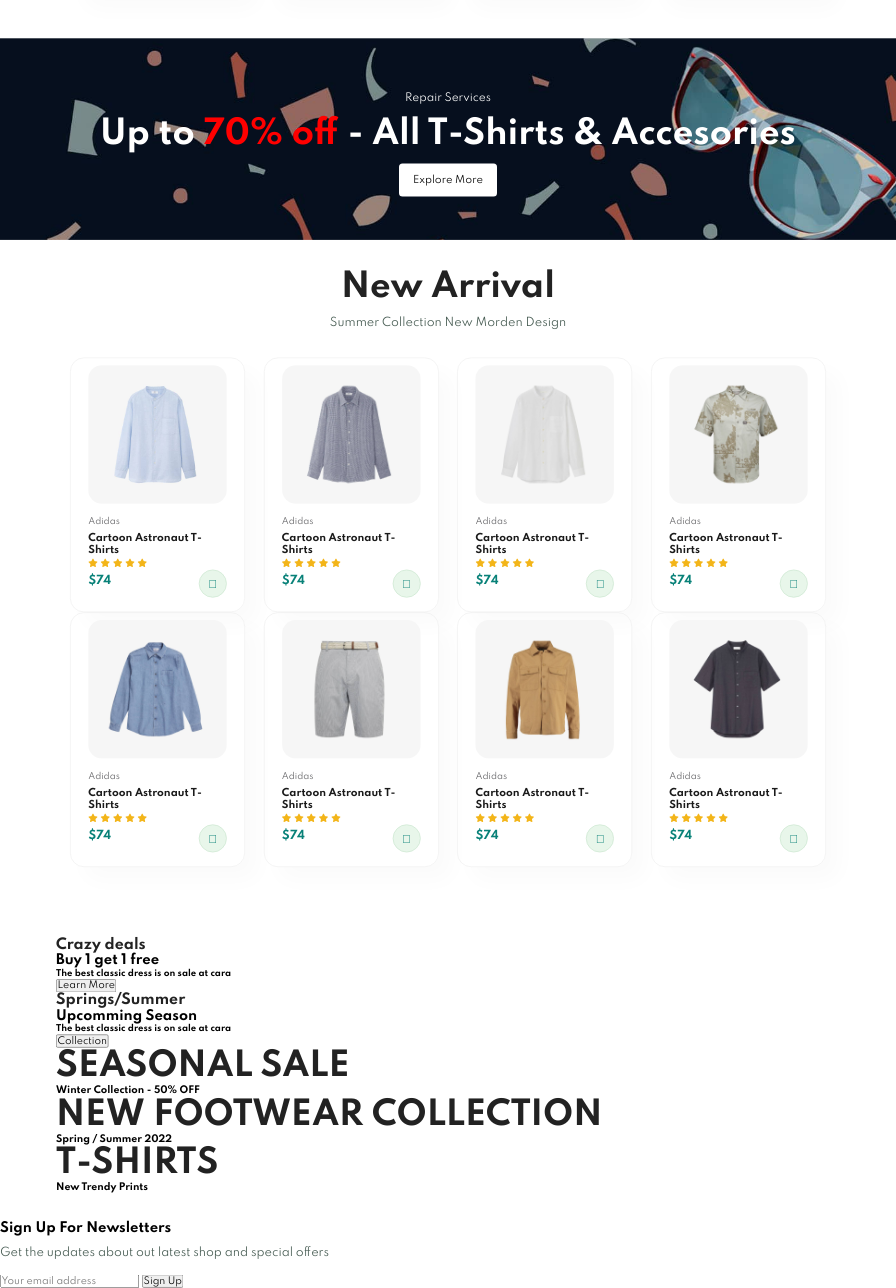
Repository: Daryllgio/E-Commerce-Website-UI
Page: index.html
These files come from the project's save history. The page is drawn as it stood at one moment and after the next save; the edit follows.
The browser window is 1280 px wide. The pictures show the part of the page from y = 1934 to 3854 px (the page is 3774 px tall before and 3854 px after), at 70% of full size.
Some web libraries are served in a nearby version.

Above is the page before, as saved 2024-12-31 22:52:39.

### index.html
<!DOCTYPE html>
<html lang="en">

<head>
    <meta charset="UTF-8">
    <meta http-equiv="X-UA-Compatible" content="IE=edge">
    <meta name="viewport" content="width=device-width, initial-scale=1.0">
    <title>Tech2etc Ecommerce Tutorial</title>
    <link rel="stylesheet" href="https://pro.fontawesome.com/releases/v5.10.0/css/all.css" />

    <link rel="stylesheet" href="style.css">
</head>

<body>
    <section id="header">
        <a href="#"><img src="img/logo.png" id="logo" class="logo" alt=""></a>

        <div>
            <ul id="navbar">
                <li>
                    <a class="active" href="index.html">Home</a>
                </li>
                <li>
                    <a href="shop.html">Shop</a>
                </li>
                <li>
                    <a href="about.html">About</a>
                </li>
                <li>
                    <a href="contact.html">Contact</a>
                </li>
                <li>
                    <a href="cart.html"><i class="fa fa-shopping-cart" aria-hidden="true"></i></a>
                </li>

            </ul>
        </div>
    </section>

    <section id="HomeHeaderContent">
        <h4>
            Trade-in-offer
        </h4>
        <h2>
            Super value deals
        </h2>
        <h1>
            On all products
        </h1>
        <p>
            Save more with Coupons & up to 70% off !
        </p>
        <button>
            Shop now
        </button>

    </section>

    <section id="Features" class="section-p1">
        <div class="fe-box">
            <img src="img/features/f1.png" alt="">
            <h6>Free Shipping</h6>
        </div>
        <div class="fe-box">
            <img src="img/features/f2.png" alt="">
            <h6>Online Offer</h6>
        </div>
        <div class="fe-box">
            <img src="img/features/f3.png" alt="">
            <h6>Save Money</h6>
        </div>
        <div class="fe-box">
            <img src="img/features/f4.png" alt="">
            <h6>Promotions</h6>
        </div>
        <div class="fe-box">
            <img src="img/features/f5.png" alt="">
            <h6>Happy Sell</h6>
        </div>
        <div class="fe-box">
            <img src="img/features/f6.png" alt="">
            <h6>F24/7 Support</h6>
        </div>
    </section>

    <section id="product1" class="section-p1">
        <h2>
            Feautured Products
        </h2>
        <p>
            Summer Collection New Morden Design
        </p>
        <div class="pro-container">
            <div class="pro">
                <img src="img/products/f1.jpg" alt="">
                <div class="des">
                    <span>Adidas</span>
                    <h5>Cartoon Astronaut T-Shirts</h5>
                    <div class="star">
                        <i class="fas fa-star"></i>
                        <i class="fas fa-star"></i>
                        <i class="fas fa-star"></i>
                        <i class="fas fa-star"></i>
                        <i class="fas fa-star"></i>
                    </div>
                    <div class="Shop">
                        <h4>$74</h4>
                        <a href="#"><i class="fal fa-shopping-cart "></i></a>
                    </div>

                </div>
            </div>

            <div class="pro">
                <img src="img/products/f2.jpg" alt="">
                <div class="des">
                    <span>Adidas</span>
                    <h5>Cartoon Astronaut T-Shirts</h5>
                    <div class="star">
                        <i class="fas fa-star"></i>
                        <i class="fas fa-star"></i>
                        <i class="fas fa-star"></i>
                        <i class="fas fa-star"></i>
                        <i class="fas fa-star"></i>
                    </div>
                    <div class="Shop">
                        <h4>$74</h4>
                        <a href="#"><i class="fal fa-shopping-cart "></i></a>
                    </div>

                </div>
            </div>

            <div class="pro">
                <img src="img/products/f3.jpg" alt="">
                <div class="des">
                    <span>Adidas</span>
                    <h5>Cartoon Astronaut T-Shirts</h5>
                    <div class="star">
                        <i class="fas fa-star"></i>
                        <i class="fas fa-star"></i>
                        <i class="fas fa-star"></i>
                        <i class="fas fa-star"></i>
                        <i class="fas fa-star"></i>
                    </div>
                    <div class="Shop">
                        <h4>$74</h4>
                        <a href="#"><i class="fal fa-shopping-cart "></i></a>
                    </div>

                </div>
            </div>

            <div class="pro">
                <img src="img/products/f4.jpg" alt="">
                <div class="des">
                    <span>Adidas</span>
                    <h5>Cartoon Astronaut T-Shirts</h5>
                    <div class="star">
                        <i class="fas fa-star"></i>
                        <i class="fas fa-star"></i>
                        <i class="fas fa-star"></i>
                        <i class="fas fa-star"></i>
                        <i class="fas fa-star"></i>
                    </div>
                    <div class="Shop">
                        <h4>$74</h4>
                        <a href="#"><i class="fal fa-shopping-cart "></i></a>
                    </div>

                </div>
            </div>

            <div class="pro">
                <img src="img/products/f5.jpg" alt="">
                <div class="des">
                    <span>Adidas</span>
                    <h5>Cartoon Astronaut T-Shirts</h5>
                    <div class="star">
                        <i class="fas fa-star"></i>
                        <i class="fas fa-star"></i>
                        <i class="fas fa-star"></i>
                        <i class="fas fa-star"></i>
                        <i class="fas fa-star"></i>
                    </div>
                    <div class="Shop">
                        <h4>$74</h4>
                        <a href="#"><i class="fal fa-shopping-cart "></i></a>
                    </div>

                </div>
            </div>

            <div class="pro">
                <img src="img/products/f6.jpg" alt="">
                <div class="des">
                    <span>Adidas</span>
                    <h5>Cartoon Astronaut T-Shirts</h5>
                    <div class="star">
                        <i class="fas fa-star"></i>
                        <i class="fas fa-star"></i>
                        <i class="fas fa-star"></i>
                        <i class="fas fa-star"></i>
                        <i class="fas fa-star"></i>
                    </div>
                    <div class="Shop">
                        <h4>$74</h4>
                        <a href="#"><i class="fal fa-shopping-cart "></i></a>
                    </div>

                </div>
            </div>

            <div class="pro">
                <img src="img/products/f7.jpg" alt="">
                <div class="des">
                    <span>Adidas</span>
                    <h5>Cartoon Astronaut T-Shirts</h5>
                    <div class="star">
                        <i class="fas fa-star"></i>
                        <i class="fas fa-star"></i>
                        <i class="fas fa-star"></i>
                        <i class="fas fa-star"></i>
                        <i class="fas fa-star"></i>
                    </div>
                    <div class="Shop">
                        <h4>$74</h4>
                        <a href="#"><i class="fal fa-shopping-cart "></i></a>
                    </div>

                </div>
            </div>

            <div class="pro">
                <img src="img/products/f8.jpg" alt="">
                <div class="des">
                    <span>Adidas</span>
                    <h5>Cartoon Astronaut T-Shirts</h5>
                    <div class="star">
                        <i class="fas fa-star"></i>
                        <i class="fas fa-star"></i>
                        <i class="fas fa-star"></i>
                        <i class="fas fa-star"></i>
                        <i class="fas fa-star"></i>
                    </div>
                    <div class="Shop">
                        <h4>$74</h4>
                        <a href="#"><i class="fal fa-shopping-cart "></i></a>
                    </div>

                </div>
            </div>


        </div>
    </section>

    <section id="banner" class="section-p1">
        <p>Repair Services</p>
        <h2>Up to <span>70% off</span> - All T-Shirts & Accesories</h2>
        <button class="normal">Explore More</button>
    </section>

    <section id="product1" class="section-p1">
        <h2>
            New Arrival
        </h2>
        <p>
            Summer Collection New Morden Design
        </p>
        <div class="pro-container">
            <div class="pro">
                <img src="img/products/n1.jpg" alt="">
                <div class="des">
                    <span>Adidas</span>
                    <h5>Cartoon Astronaut T-Shirts</h5>
                    <div class="star">
                        <i class="fas fa-star"></i>
                        <i class="fas fa-star"></i>
                        <i class="fas fa-star"></i>
                        <i class="fas fa-star"></i>
                        <i class="fas fa-star"></i>
                    </div>
                    <div class="Shop">
                        <h4>$74</h4>
                        <a href="#"><i class="fal fa-shopping-cart "></i></a>
                    </div>

                </div>
            </div>

            <div class="pro">
                <img src="img/products/n2.jpg" alt="">
                <div class="des">
                    <span>Adidas</span>
                    <h5>Cartoon Astronaut T-Shirts</h5>
                    <div class="star">
                        <i class="fas fa-star"></i>
                        <i class="fas fa-star"></i>
                        <i class="fas fa-star"></i>
                        <i class="fas fa-star"></i>
                        <i class="fas fa-star"></i>
                    </div>
                    <div class="Shop">
                        <h4>$74</h4>
                        <a href="#"><i class="fal fa-shopping-cart "></i></a>
                    </div>

                </div>
            </div>

            <div class="pro">
                <img src="img/products/n3.jpg" alt="">
                <div class="des">
                    <span>Adidas</span>
                    <h5>Cartoon Astronaut T-Shirts</h5>
                    <div class="star">
                        <i class="fas fa-star"></i>
                        <i class="fas fa-star"></i>
                        <i class="fas fa-star"></i>
                        <i class="fas fa-star"></i>
                        <i class="fas fa-star"></i>
                    </div>
                    <div class="Shop">
                        <h4>$74</h4>
                        <a href="#"><i class="fal fa-shopping-cart "></i></a>
                    </div>

                </div>
            </div>

            <div class="pro">
                <img src="img/products/n4.jpg" alt="">
                <div class="des">
                    <span>Adidas</span>
                    <h5>Cartoon Astronaut T-Shirts</h5>
                    <div class="star">
                        <i class="fas fa-star"></i>
                        <i class="fas fa-star"></i>
                        <i class="fas fa-star"></i>
                        <i class="fas fa-star"></i>
                        <i class="fas fa-star"></i>
                    </div>
                    <div class="Shop">
                        <h4>$74</h4>
                        <a href="#"><i class="fal fa-shopping-cart "></i></a>
                    </div>

                </div>
            </div>

            <div class="pro">
                <img src="img/products/n5.jpg" alt="">
                <div class="des">
                    <span>Adidas</span>
                    <h5>Cartoon Astronaut T-Shirts</h5>
                    <div class="star">
                        <i class="fas fa-star"></i>
                        <i class="fas fa-star"></i>
                        <i class="fas fa-star"></i>
                        <i class="fas fa-star"></i>
                        <i class="fas fa-star"></i>
                    </div>
                    <div class="Shop">
                        <h4>$74</h4>
                        <a href="#"><i class="fal fa-shopping-cart "></i></a>
                    </div>

                </div>
            </div>

            <div class="pro">
                <img src="img/products/n6.jpg" alt="">
                <div class="des">
                    <span>Adidas</span>
                    <h5>Cartoon Astronaut T-Shirts</h5>
                    <div class="star">
                        <i class="fas fa-star"></i>
                        <i class="fas fa-star"></i>
                        <i class="fas fa-star"></i>
                        <i class="fas fa-star"></i>
                        <i class="fas fa-star"></i>
                    </div>
                    <div class="Shop">
                        <h4>$74</h4>
                        <a href="#"><i class="fal fa-shopping-cart "></i></a>
                    </div>

                </div>
            </div>

            <div class="pro">
                <img src="img/products/n7.jpg" alt="">
                <div class="des">
                    <span>Adidas</span>
                    <h5>Cartoon Astronaut T-Shirts</h5>
                    <div class="star">
                        <i class="fas fa-star"></i>
                        <i class="fas fa-star"></i>
                        <i class="fas fa-star"></i>
                        <i class="fas fa-star"></i>
                        <i class="fas fa-star"></i>
                    </div>
                    <div class="Shop">
                        <h4>$74</h4>
                        <a href="#"><i class="fal fa-shopping-cart "></i></a>
                    </div>

                </div>
            </div>

            <div class="pro">
                <img src="img/products/n8.jpg" alt="">
                <div class="des">
                    <span>Adidas</span>
                    <h5>Cartoon Astronaut T-Shirts</h5>
                    <div class="star">
                        <i class="fas fa-star"></i>
                        <i class="fas fa-star"></i>
                        <i class="fas fa-star"></i>
                        <i class="fas fa-star"></i>
                        <i class="fas fa-star"></i>
                    </div>
                    <div class="Shop">
                        <h4>$74</h4>
                        <a href="#"><i class="fal fa-shopping-cart "></i></a>
                    </div>

                </div>
            </div>


        </div>
    </section>

    <section id="sm-banner" class="section-p1">
        <div class="banner-Container2">
            <div class="banner-box">
                <h4>
                    Crazy deals
                </h4>
                <h3>
                    Buy 1 get 1 free
                </h3>
                <h6>
                    The best classic dress is on sale at cara
                </h6>
                <button>
                    Learn More
                </button>
            </div>
            <div class="banner-box">
                <h4>
                    Springs/Summer
                </h4>
                <h3>
                    Upcomming Season
                </h3>
                <h6>
                    The best classic dress is on sale at cara
                </h6>
                <button>
                    Collection
                </button>
            </div>
        </div>

        <div class="banner-Container2">
            <div class="banner-box">
                <h2>
                    SEASONAL SALE
                </h2>
                <h5>
                    Winter Collection - 50% OFF
                </h5>
            </div>
            <div class="banner-box">
                <h2>
                    NEW FOOTWEAR COLLECTION
                </h2>
                <h5>
                    Spring / Summer 2022
                </h5>
            </div>
            <div class="banner-box">
                <h2>
                    T-SHIRTS
                </h2>
                <h5>
                    New Trendy Prints
                </h5>
            </div>
        </div>
    </section>

    <section>
        <div>
            <div>
                <h3>Sign Up For Newsletters</h3>
                <p> Get the updates about out latest shop and <span>special offers</span></p>
            </div>
            <div>
                <input placeholder="Your email address" />
                <button>
                    Sign Up
                </button>
            </div>
        </div>
    </section>


    <script src="script.js"></script>
</body>

</html>

### style.css
@import url("https://fonts.googleapis.com/css2?family=Spartan:wght@100;200;300;400;500;600;700;800;900&display=swap");

* {
  margin: 0;
  padding: 0;
  box-sizing: border-box;
  font-family: "Spartan", sans-serif;
}

html {
  scroll-behavior: smooth;
}

/* Global Styles */

h1 {
  font-size: 50px;
  line-height: 64px;
  color: #222;
}

h2 {
  font-size: 46px;
  line-height: 54px;
  color: #222;
}

h4 {
  font-size: 20px;
  color: #222;
}

h6 {
  font-weight: 700;
  font-size: 12px;
}

p {
  font-size: 16px;
  color: #465b52;
  margin: 15px 0 20px 0;
}

.section-p1 {
  padding: 40px 80px;
}

.section-m1 {
  margin: 40px 0;
}

button.normal {
  color: #000;
  background-color: #fff;
  font-size: 14px;
  font-weight: 400;
  padding: 15px 20px;
  border-radius: 5px;
  cursor: pointer;
  border: none;
  outline: none;
  transition: 0.3s;
}

body {
  width: 100%;
}

#header {
  display: flex;
  align-items: center;
  justify-content: space-between;
  padding: 20px 80px;
  background: #E3E6F3;
  box-shadow: 0 5px 15px rgba(0, 0, 0, 0.06);
  position: sticky;
  top: 0;
  left: 0;

}



#navbar {
  display: flex;
  align-items: center;
  justify-content: center;
}

#navbar li {
  list-style: none;
  padding: 0px 20px;
}

#navbar li a {
  text-decoration: none;
  font-size: 15px;
  font-weight: 600;
  color: #000;
  transition: 0.3s ease;
}

#navbar li a:hover,
#navbar li a.active {
  color: #088178;
}

#HomeHeaderContent {
  background-image: url("img/hero4.png");
  height: 90vh;
  width: 100%;
  background-size: cover;
  background-position: top 25% right 0;
  padding: 0 80px;
  align-items: flex-start;
  display: flex;
  flex-direction: column;
  justify-content: center;
}

#HomeHeaderContent h4 {
  margin-bottom: 10px;
}

#HomeHeaderContent h1 {
  color: #088178;
}

#HomeHeaderContent button {
  color: #088178;
  background-image: url("img/button.png");
  font-size: 15px;
  font-weight: 600;
  background-color: transparent;
  border: 0;
  padding: 14px 80px 14px 65px;
  background-repeat: no-repeat;
  cursor: pointer;
}

#Features {
  display: flex;
  justify-content: space-between;
}

#Features .fe-box {
  width: 200px;
  text-align: center;
  padding: 35px 25px;
  border: 1px solid #cce7d0;
  box-shadow: 20px 20px 34px rgba(0, 0, 0, 0.03);
  border-radius: 10px;
}

#Features .fe-box:hover {
  box-shadow: 10px 10px 54px rgba(0, 0, 0, 0.1);
}

#Features .fe-box img {
  margin-bottom: 10px;
}

#Features .fe-box h6 {
  font-size: 13px;
  display: inline-block;
  line-height: 1;
  border-radius: 4px;
  color: #088178;
  background-color: #fddde4;
  padding: 9px 8px 6px 8px;
}

#Features .fe-box:nth-child(2) h6 {
  background-color: #cdebbc;
}

#Features .fe-box:nth-child(3) h6 {
  background-color: #d1e8f2;
}

#Features .fe-box:nth-child(4) h6 {
  background-color: #cdd4f8;
}

#Features .fe-box:nth-child(5) h6 {
  background-color: #f6dbf6;
}

#Features .fe-box:nth-child(6) h6 {
  background-color: #fff2e5;
}

#product1 {
  text-align: center;
}

#product1 .pro {
  width: 23%;
  min-width: 250px;
  padding: 10px 25px;
  border: 1px solid #f0f0f0;
  border-radius: 20px;
  cursor: pointer;
  box-shadow: 20px 20px 30px rgba(0, 0, 0, 0.02);
  transition: 0.3s ease;
}

#product1 .pro:hover {
  box-shadow: 20px 20px 30px rgba(0, 0, 0, 0.06);

}

#product1 .pro img {
  width: 100%;
  border-radius: 20px;
}

#product1 .pro .des {
  text-align: start;
  padding: 10px 0;
}

#product1 .pro .des span {
  color: #606063;
  font-size: 12px;
}

#product1 .pro .des h5 {
  color: #1a1a1a;
  font-size: 14px;
  padding-top: 7px;
}

#product1 .pro .des .fa-star {
  color: rgb(243, 181, 25);
  font-size: 12px;
}

#product1 .pro .des h4 {
  font-size: 16px;
  padding-top: 7px;
  font-weight: 700;
  color: #088178;

}

#product1 .pro .Shop {
  display: flex;
  justify-content: space-between;
}

#product1 .pro .des .fa-shopping-cart {
  width: 40px;
  height: 40px;
  line-height: 40px;
  border-radius: 50px;
  font-size: 17px;
  background-color: #e8f6ea;
  font-weight: 500;
  color: #088178;
  border: 1px solid #cce7d0;
  text-align: center;
}

#product1 .pro-container {
  display: flex;
  justify-content: space-between;
  padding: 20px;
  flex-wrap: wrap;
}


#banner {
  background-image: url("img/banner/b2.jpg");
  height: 40vh;
  width: 100%;
  background-size: cover;
  background-position: top 25% right 0;
  padding: 0 80px;
  text-align: center;
  display: flex;
  flex-direction: column;
  align-items: center;
  justify-content: center;
}

#banner p {
  font-size: 15px;
  margin-bottom: 15px;
  font-weight: 400;
  color: #ffffff;
}

#banner h2 {
  color: #fff;
  margin-bottom: 15px;
}

#banner span {
  color: red;
}

#banner button:hover {
  color: #fff;
  background-color: #088178;
}

Loaded but not shown: script.js (common file)

After the next save:
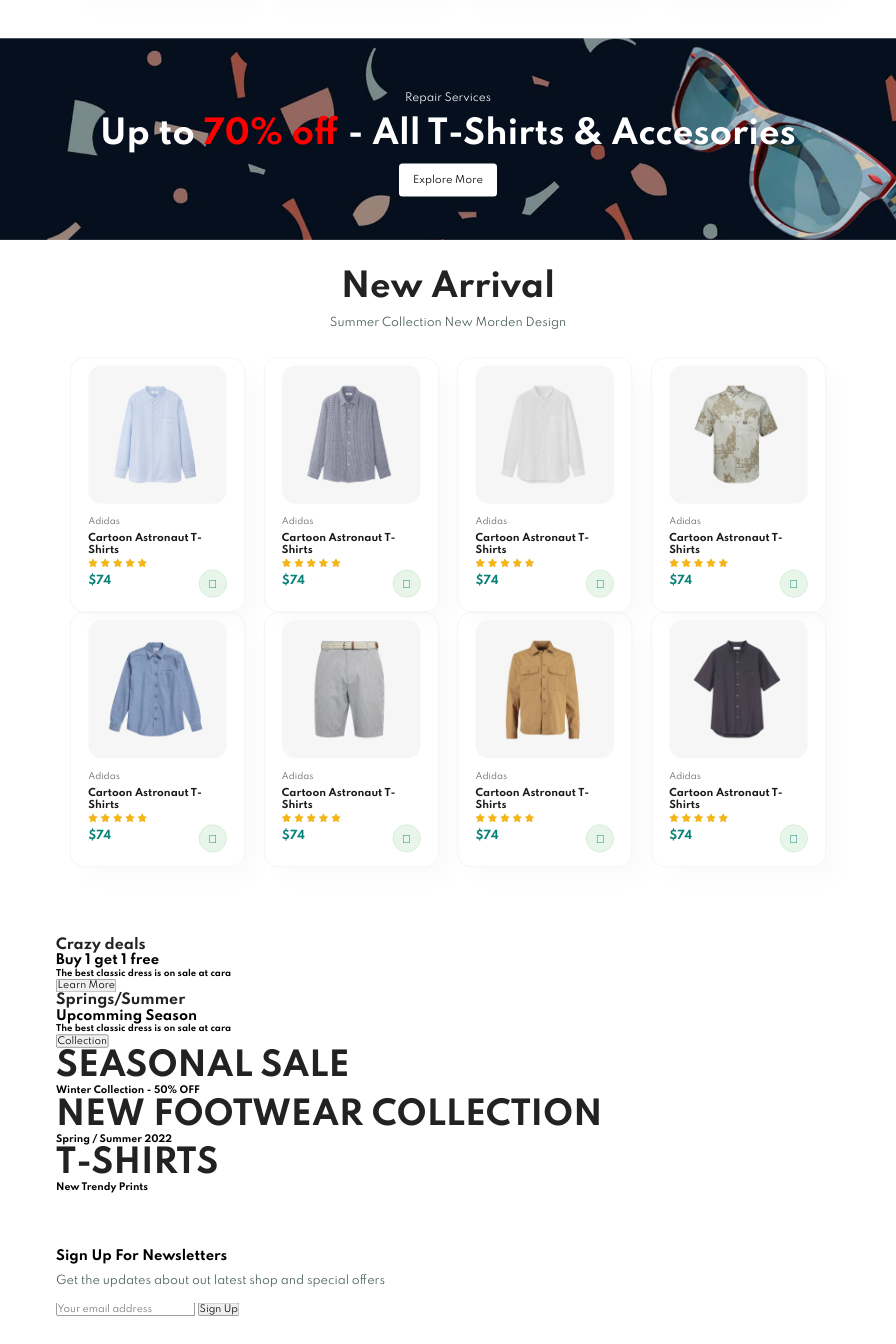
Saved 13 s later.
--- a/index.html
+++ b/index.html
@@ -493,7 +493,7 @@
         </div>
     </section>
 
-    <section>
+    <section id="sm-banner" class="section-p1">
         <div>
             <div>
                 <h3>Sign Up For Newsletters</h3>
